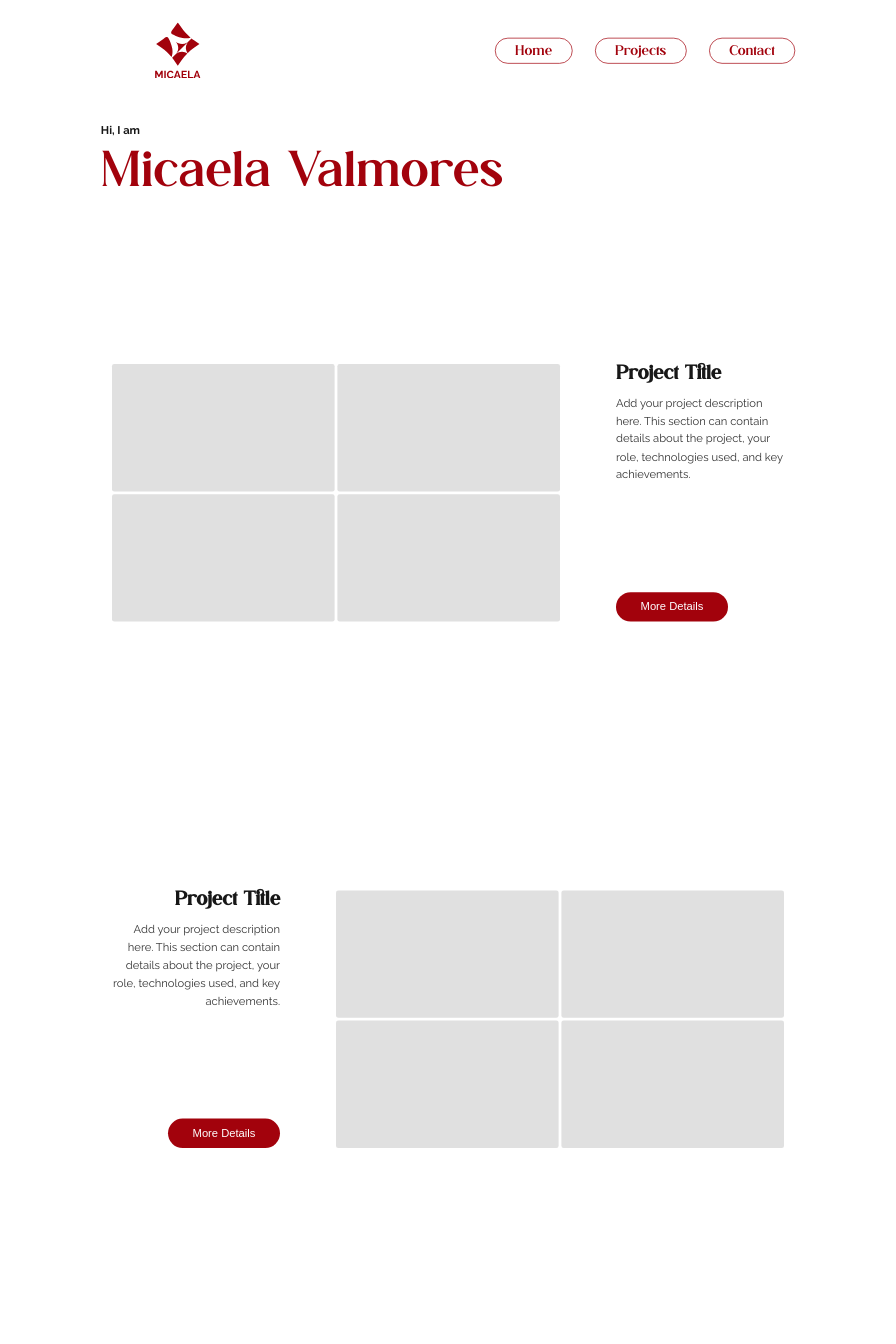
Repository: Micaelavalmores/Micaela-Portfolio
Page: /
An editor plug-in stored every save of this project. The page is shown before and after the next save, followed by the edit.
The browser window is 1280 px wide. The pictures show the part of the page from y = 0 to 1920 px (the page is 3352 px tall before and 3362 px after), at 70% of full size.
The project was rebuilt for these pictures with package versions that can differ from the ones it lists, and the page was loaded fresh each time. The framework's server and built-in components were replaced by stand-ins that run in the browser. Also part of the build but not shown: next.config.mjs.

Above is the page before, as saved 2026-01-27 12:55:40.

After the next save:
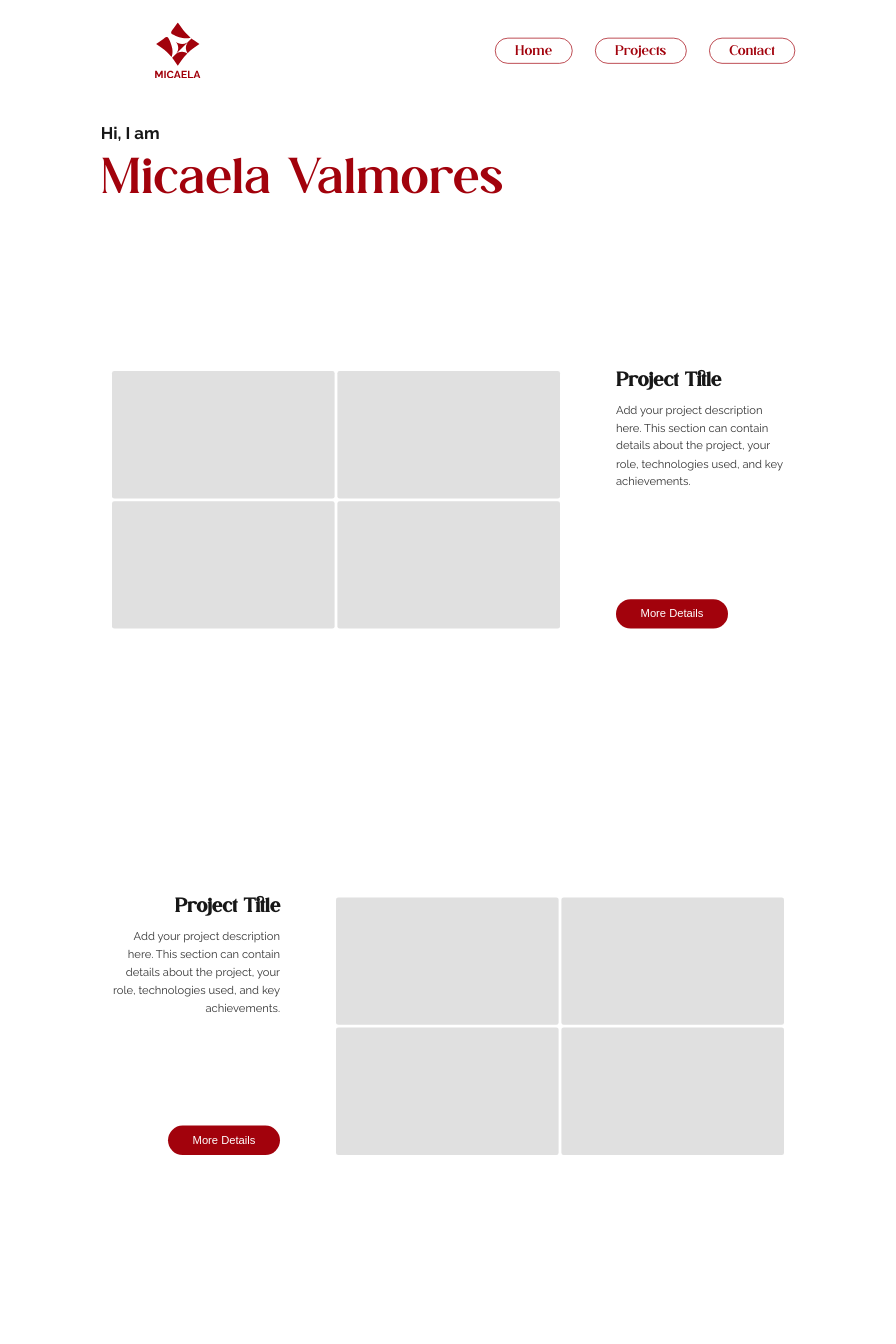
Saved 4 s later.
--- a/app/home-page/page.js
+++ b/app/home-page/page.js
@@ -10,7 +10,7 @@ export default function HomePage() {
         </nav>
       <Navbar />
       <div className={styles['intro-sec']}>
-        <h4>Hi, I am</h4>
+        <h2>Hi, I am</h2>
         <h1>Micaela Valmores</h1>
       </div>
       <div className={styles['Proj-sec']}>
